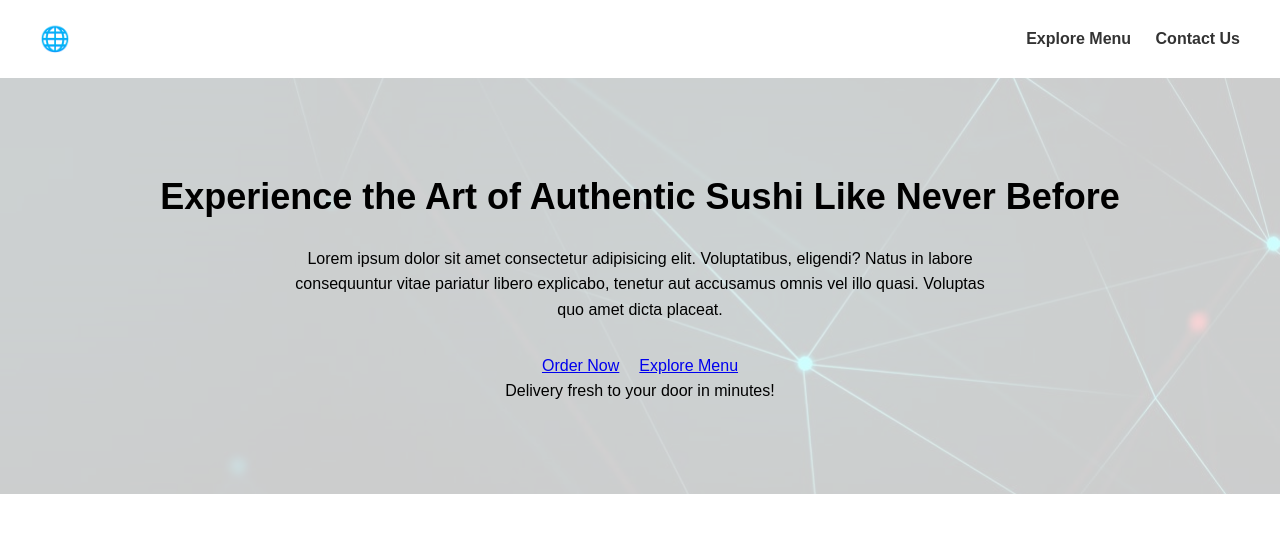
Repository: Femi007-gh/experience
Page: index.html
The author's editor kept a copy of each file at every save. The page is drawn from the files as they stood at one save, then again after the next save.
The browser window is 1280 px wide. The pictures show the whole page.

Above is the page before, as saved 2025-01-16 06:57:34.

### index.html
<html>
  <head>
    <title></title>
    <link rel="stylesheet" href="style.css">
  </head>
  <body>
    <header>
      <div class="logo">🌐</div>
      <nav>
        <a href="#">Explore Menu</a>
        <a href="#">Contact Us</a>
      </nav>
    </header>
    <main>
      <section class="hero">
        <h1>Experience the Art of Authentic Sushi Like Never Before</h1>
        <p>Lorem ipsum dolor sit amet consectetur adipisicing elit. Voluptatibus, eligendi? Natus in labore consequuntur vitae pariatur libero explicabo, tenetur aut accusamus omnis vel illo quasi. Voluptas quo amet dicta placeat.</p>
        <div class="cta-buttons">
          <a href="#" class="btn-primary">Order Now</a>
          <a href="#" class="btn-secondary">Explore Menu</a>
        </div>
        <p class="delivery-info">Delivery fresh to your door in minutes!</p>
      </section>
    </main>
  </body>
</html>

### style.css
/* body or * */
body {
  padding: 0;
  margin: 0;
  background-color: white;
  font-family: Arial, Helvetica, sans-serif;
  line-height: 1.6;
}

header {
  display: flex;
  justify-content: space-between;
  align-items: center;
  padding: 20px 40px;
  background-color: #fff;
}

header .logo {
  font-size: 24px;
}

header nav a {
  text-decoration: none;
  margin-left: 20px;
  color: #333;
  font-weight: 600;
}

header nav a:hover {
  color: #0077b6;
}

.hero {
  text-align: center;
  padding: 60px 20px;
  background: #fff url('ART.jpg') no-repeat center;
  background-size: cover;
  position: relative;
}

.hero::before {
  content: "";
  position: absolute;
  top: 0;
  left: 0;
  width: 100%;
  height: 100%;
  background-color: rgba(255, 255, 255, 0.8);
}

.hero h1 {
  font-size: 36px;
  font-weight: 700;
  position: relative;
  margin-bottom: 20px;
}

.hero p {
  max-width: 700px;
  margin: 0 auto 30px;
  position: relative;
}

.cta-buttons {
  display: flex;
  justify-content: center;
  gap: 20px;
  margin-top: 20px;
  position: relative;
}

.btn-primary {
  color:
}

After the next save:
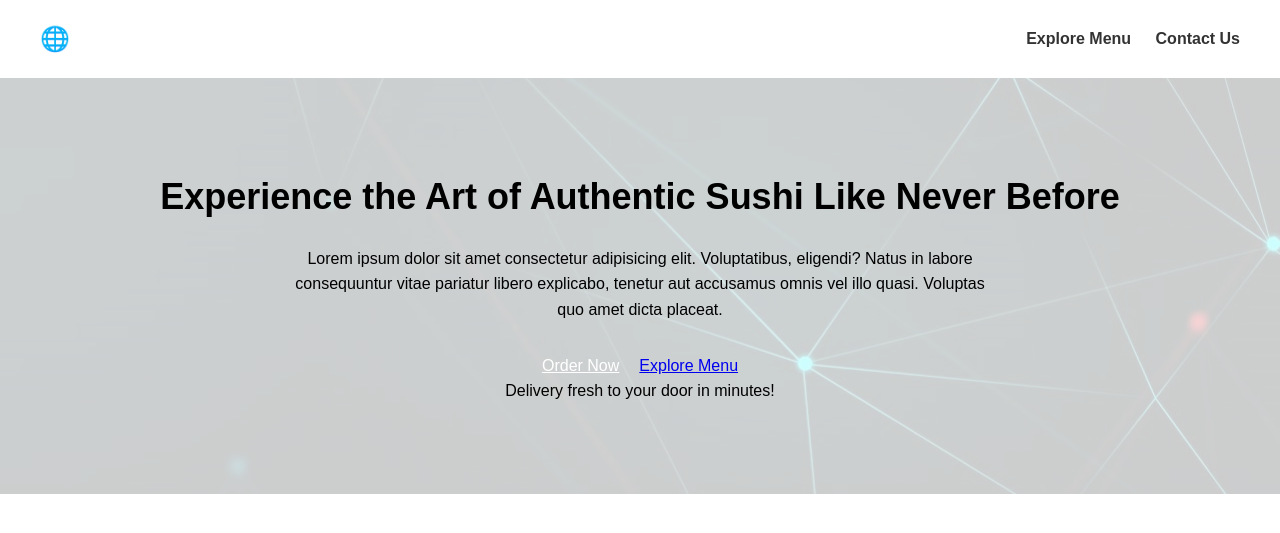
Saved 7 s later.
--- a/style.css
+++ b/style.css
@@ -70,5 +70,6 @@ header nav a:hover {
 }
 
 .btn-primary {
-  color:
+  color: #fff;
+
 }
